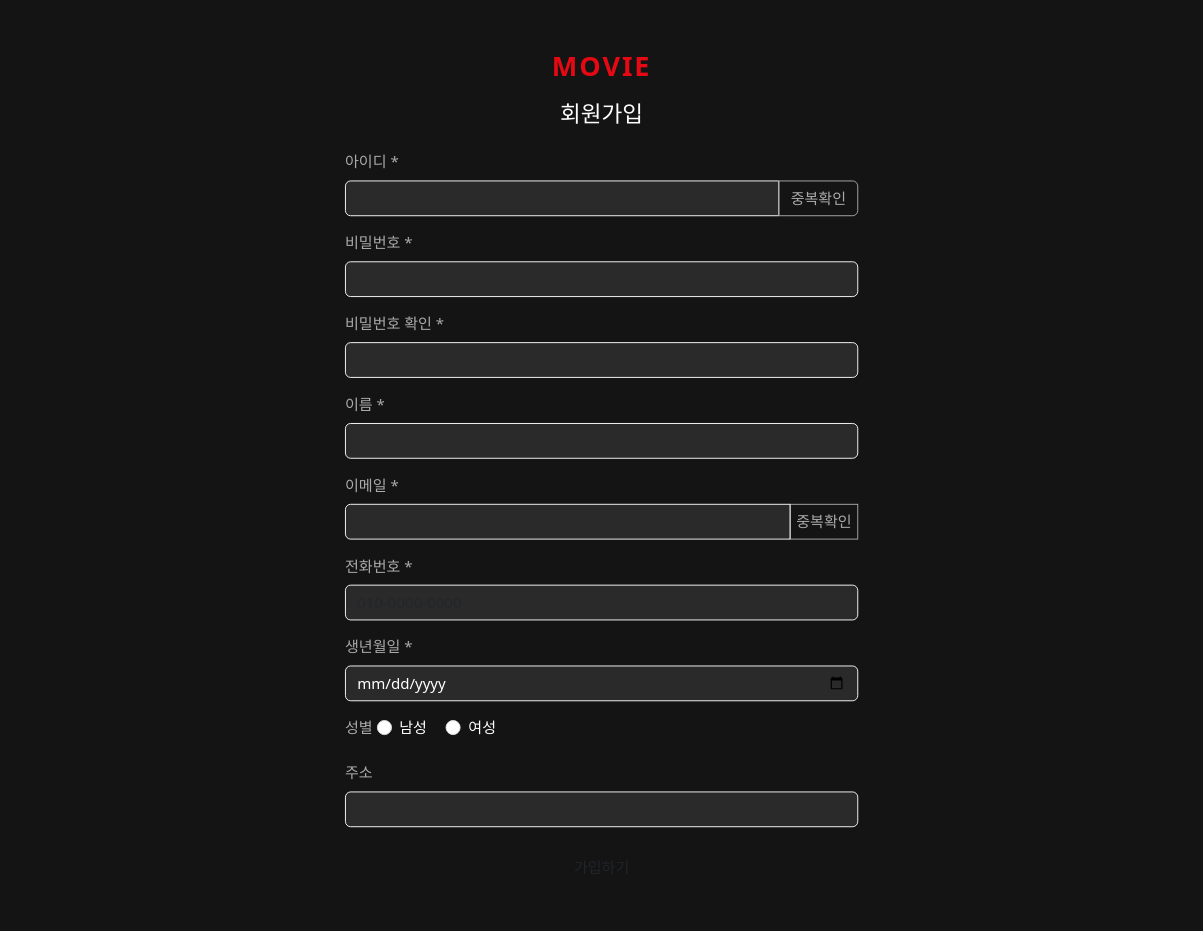
Repository: Se-Jong-Park/InsideReview
Page: http://localhost/moviejoin/WEB-INF/views/user/form.jsp
These files come from the project's save history. The page is drawn as it stood at one moment and after the next save; the edit follows.
The browser window is 1280 px wide. The pictures show the whole page, at 94% of full size.
The page is served by Tomcat 9. Nobody is signed in. Other server files are loaded and not shown. The template is opened directly, without the code that normally fills it, so the values that code supplies are empty.

Above is the page before, as saved 2026-03-18 16:06:12.

### moviejoin/src/main/webapp/WEB-INF/views/user/form.jsp
<%@ page language="java" contentType="text/html; charset=UTF-8"
    pageEncoding="UTF-8"%>
    <%@ taglib prefix="c" uri="http://java.sun.com/jsp/jstl/core" %>
<!DOCTYPE html>
<html>
<head>
<meta charset="UTF-8">
<title>회원가입</title>
 <link rel="stylesheet" href="https://cdn.jsdelivr.net/npm/bootstrap@5.3.0/dist/css/bootstrap.min.css">
<style>
	body {background-color:#141414; color: white; }
	.card {background-color: #1f1f1f; border: none;}
	.form-control{
		background-color: #2a2a2a;
		border: 1px solid; #444;
		color: white;
	}
	.form-control:focus {
		background-color: #2a2a2a;
		border-color: #E50914;
		color: white;
		box-shadow: none;
	}
	.form-label{color: #aaa;}
	.btn-netfloix{
		background-color: #E50914;
		color: white;
		border: none;
	}
	.btn-netflix:hover{backround-color: #b20710; color: white;}
	.btn-outline-gray{
		background-color: transparent;
		border: 1px solid; #444;
		color: #aaa;
	}
	btn.outline-gray:hover{background-color: #2a2a2a; color: white;}
	.logo{color: #E50914; font-size: 1.8rem; font-weight: bold; letter-spacing: 2px;}
	a{color: #E50914; text-decoration: none;}
	a:hover {color: #b20710;}
	small{color:#888;}
</style>
</head>
<body>

<div class="container py-5">
	<div class="row justify-content-center">
		<div class="col-md-6">
			<div clsss="card shadow p-4">
				<div class="text-center mb-3">
					<span class="logo">MOVIE</span>
				</div>
				<h4 class="text-center mb-4">회원가입</h4>

				<c:if test="${not empty msg}">
					<div class="alert alert-danger">${msg}</div>
				</c:if>
				<form action="/user/join" method="post">
				<div class="mb-3">
					<label class="form-label">아이디 *</label>
					<div class="input-group">
						<input type="text" name="uid" id="uid" class="form-control" maxlength="15" required>
						<button type="button" class="btn btn-outline-gray" onclick="IdCheck()">중복확인</button>
					</div>
					<small id="idMsg"></small>
				</div>

				<div class="mb-3">
					<label class="form-label">비밀번호 *</label>
					<input type="password" name="upw" id="upw" class="form-control" required>
				</div>

				<div class="mb-3">
					<label class="form-label">비밀번호 확인 *</label>
					<input type="password" id="upwConfirm" class="form-control" required>
				</div>

				<div class="mb-3">
					<label class="form-label">이름 *</label>
					<input type="text" name="uname" class="form-control" maxlength="15" required>
				</div>
				<div class="mb-3">
					<label class="form-label">이메일 *</label>
					<div class="input-group">
						<input type="email" name="umail" id="umail" class="form-control" maxlength="50" required>
						<button type="button" class="btn- btn-outline-gray" onclick="mailCheck()">중복확인</button>
					</div>
					<small id="mailMsg"></small>
				</div>

				<div class="mb-3">
					<label class="form-label">전화번호 *</label>
					<input type="text" name="uphone" class="form-control" maxlength="13" placeholder="010-0000-0000" required>
				</div>
				<div class="mb-3">
					<label class="form-label">생년월일 *</label>
					<input type="date" name="ubirth" class="form-control" required>
				</div>
				<div class="mb-3">
					<label class="form-label">성별</label>
					<div class="form-check form-check-inline">
						<input type="radio" name="ugender" value="M" class="form-check-input" id="male">
						<label class="form-check-label" for="male">남성</label>
					</div>
					<div class="form-check form-check-inline">
					<input type="radio" name="ugender" value="F" class="form-check-input" id="female">
					<label class="form-check-label" for="female">여성</label>
					</div>
				</div>
			</div>

			<div class="mb-4">
				<label class="form-label">주소</label>
				<input type="text" name="uaddr" class="form-control" maxlength="10">
			</div>

			<div class="d-grid">
				<button type="submit" class="btn btn-netflix" onclick="return validateForm()">가입하기</button>
			</div>
				</form>
		</div>
	</div>
</div>

</body>
</html>

After the next save:
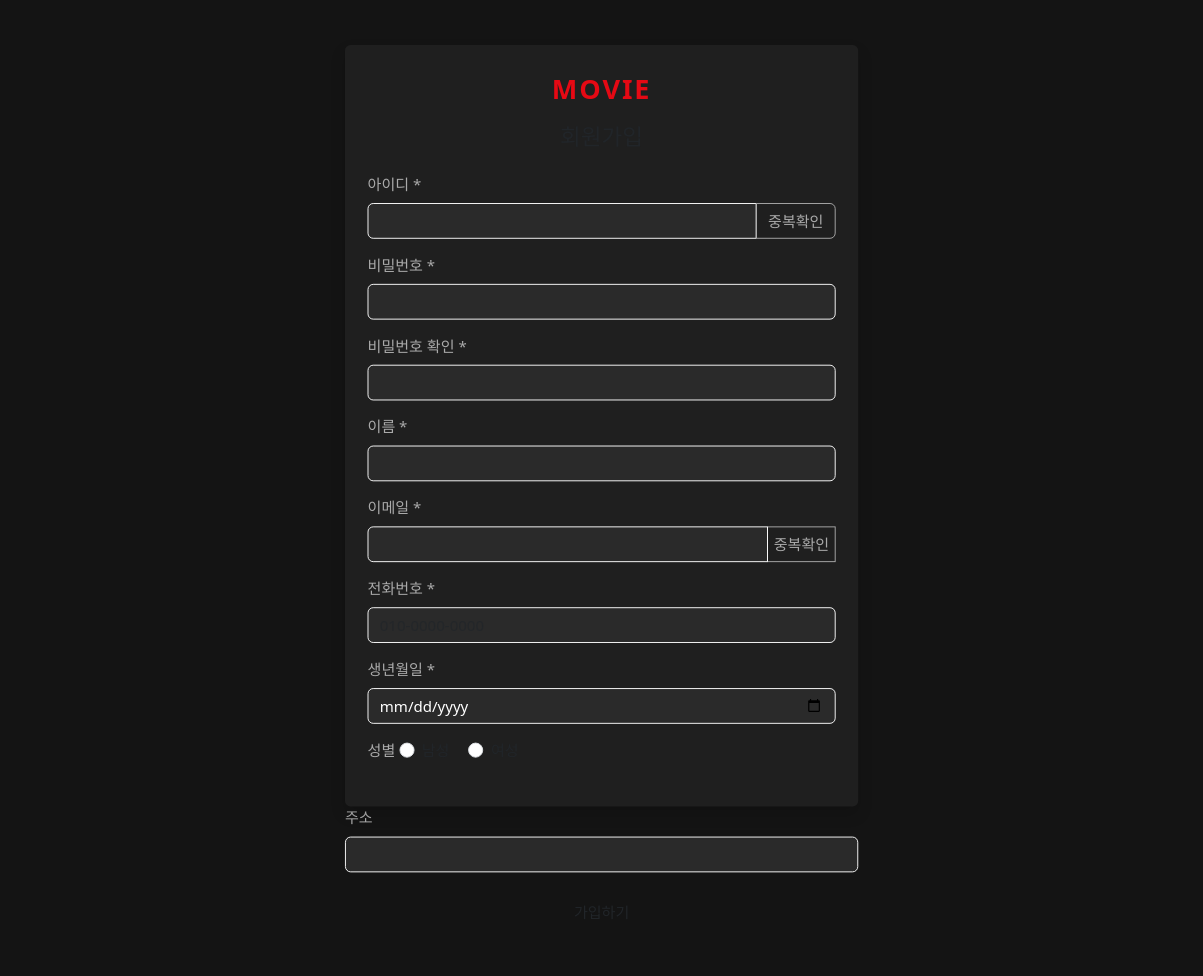
Saved 31 s later.
--- a/moviejoin/src/main/webapp/WEB-INF/views/user/form.jsp
+++ b/moviejoin/src/main/webapp/WEB-INF/views/user/form.jsp
@@ -45,7 +45,7 @@
 <div class="container py-5">
 	<div class="row justify-content-center">
 		<div class="col-md-6">
-			<div clsss="card shadow p-4">
+			<div class="card shadow p-4">
 				<div class="text-center mb-3">
 					<span class="logo">MOVIE</span>
 				</div>
